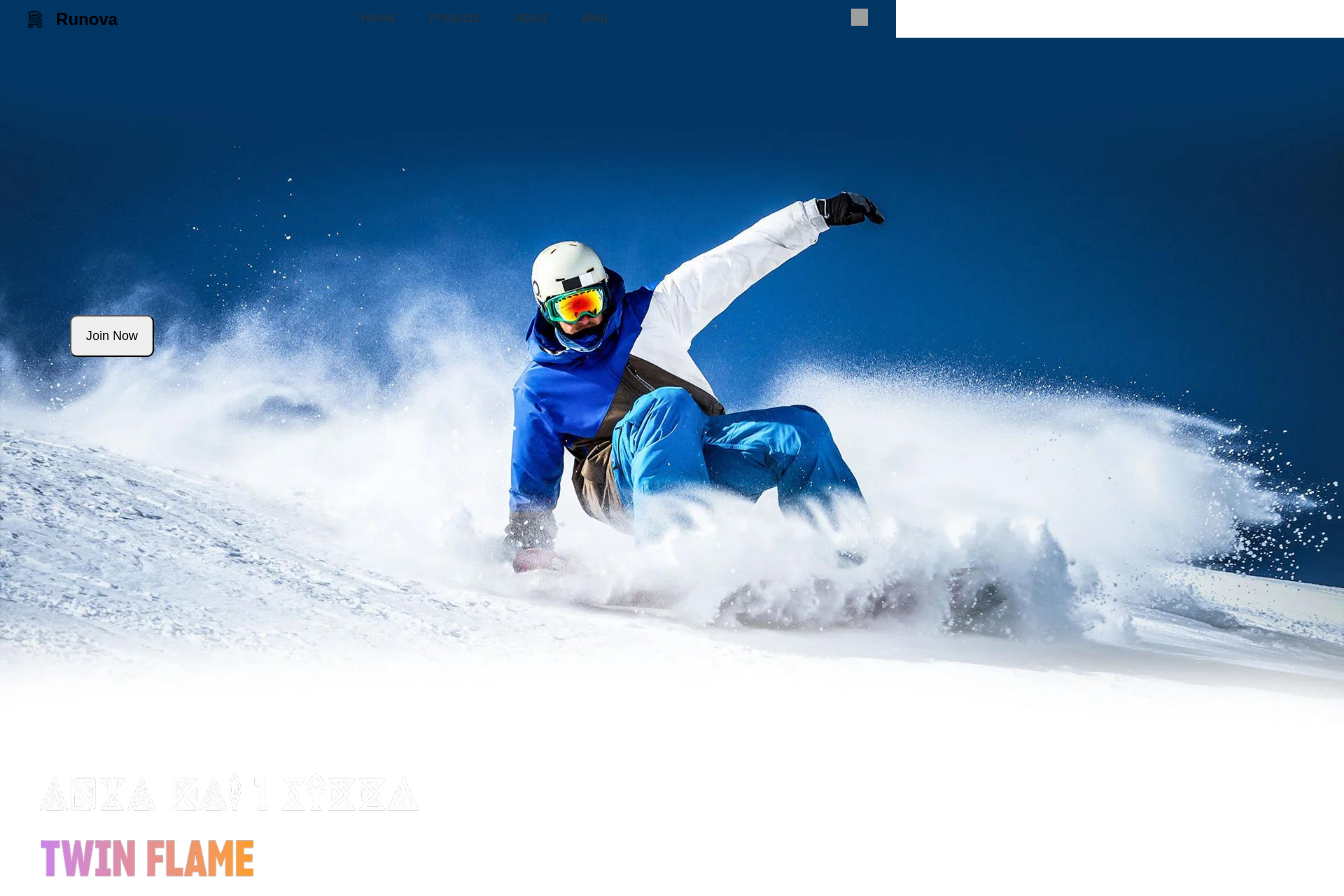
Repository: bluemoonsunshine/E-commerce-Website-Runova
Page: index.html
An editor plug-in stored every save of this project. The page is shown before and after the next save, followed by the edit.
The browser window is 1280 px wide. The page is 1920 px wide, so the pictures cover 1920 px, including what lies to the right of the window. The pictures show the part of the page from y = 0 to 1280 px (the page is 3023 px tall), at 70% of full size.
Pictures or frames that could not be fetched are drawn as grey boxes. Some web fonts or font styles are not loaded; a fallback is used.

Above is the page before, as saved 2024-09-25 19:51:53.

### index.html
<!DOCTYPE html>
<html lang="en">
  <head>
    <meta charset="UTF-8" />
    <meta name="viewport" content="width=device-width, initial-scale=1.0" />
    <title>Runova</title>
    <link rel="preconnect" href="https://fonts.googleapis.com" />
    <link rel="preconnect" href="https://fonts.gstatic.com" crossorigin />
    <link
      href="https://fonts.googleapis.com/css2?family=Anybody:ital,wght@0,700;1,700&display=swap"
      rel="stylesheet"
    />
    <link
      rel="stylesheet"
      href="https://fonts.googleapis.com/css2?family=Material+Symbols+Outlined:opsz,wght,FILL,GRAD@20..48,100..700,0..1,-50..200"
    />
    <link rel="preconnect" href="https://fonts.googleapis.com">
<link rel="preconnect" href="https://fonts.gstatic.com" crossorigin>
<link href="https://fonts.googleapis.com/css2?family=Bebas+Neue&display=swap" rel="stylesheet">
    <link rel="stylesheet" href="styles.css" />
  </head>

  <body>
    <nav class="navbar">
      <div class="logo-container">
        <img src="logo/RunovaLogo.png" alt="Runova Logo" />
        <span class="logo-text">Runova</span>
      </div>
      <ul>
        <li><a href="./home1.html">Home</a></li>
        <li><a href="#products">Products</a></li>
        <li><a href="#about">About</a></li>
        <li><a href="#blog">Blog</a></li>
      </ul>
      <a href="#cart"
        ><img src="logo/shopping_cart.png" id="cart-icon" alt="Cart"
      /></a>
    </nav>

    <div class="homepage">
        <img src="homepagebg.png" id="homepagebg">
        <h1></h1>
    </div>

    <div id="landingpage">
      <button id="btn1">Join Now</button>
      <img id="kai-title" src="title-feat.png" alt="title image" />
      <img id="feat1" src="bg-featured.webp" />
    </div>
    <div class="container">
    <h1>
        <span id="run">Run, over Moments.</span>
      </h1>
      <br />
      <video id="vid" poster="FeaturedVideo.webm" preload="metadata"  autoplay muted loop>
        <source src="./FeaturedVideo.webm" type="video/mp4" />
      </video>
    </div>

    <div class="features">
      <div class="feature">
        <img src="logo/shipping.png" alt="" class="featureIcon" />
        <span class="featureTitle">FREE SHIPPING</span>
        <span class="featureDesc">Free worldwide shipping on all orders.</span>
      </div>
      <div class="feature">
        <img class="featureIcon" src="logo/return.png" alt="" />
        <span class="featureTitle">30 DAYS RETURN</span>
        <span class="featureDesc"
          >No question return and easy refund in 14 days.</span
        >
      </div>
      <div class="feature">
        <img class="featureIcon" src="logo/gift.png" alt="" />
        <span class="featureTitle">GIFT CARDS</span>
        <span class="featureDesc"
          >Buy gift cards and use coupon codes easily.</span
        >
      </div>
      <div class="feature">
        <img class="featureIcon" src="./logo/contact.png" alt="" />
        <span class="featureTitle">CONTACT US!</span>
        <span class="featureDesc"
          >Keep in touch via email and support system.</span
        >
      </div>
    </div>




    <div id="products" class="product-section">
      <h2 class="section-title">Our Products</h2>
      <div class="product-grid">
      </div>
      <a href="all-products-page-link" class="view-all-btn">View All Products</a>
    </div>




    <script src="app.js"></script>
  </body>
</html>

### styles.css
*{
    margin: 0;
    padding: 0;
    box-sizing: border-box;
}

body {
    font-family: Anybody, sans-serif;
    min-height: 200vh;
    background-color: rgba(255, 255, 255, 0.5);
}

.navbar {
    position: sticky;
    top: 0;
    display: flex;
    align-items: center;
    justify-content: space-between;
    background-color: #013564;
    padding: 10px 30px;
    z-index: 1000;
    transition: background 0.3s, padding 0.3s, box-shadow 0.3s, border-radius 0.3s;
}

.navbar ul {
    list-style: none;
    display: flex;
    justify-content: center;
    gap: 50px;
    margin: 0 auto;
    padding: 0;
    font-size: 18px;
    text-decoration: none;
    color: #ffffff;
  }

.logo-text{
  margin-top: 3px;
}
.navbar ul li a {
    text-decoration: none;
    color: #333;
    transition: color 0.3s;
}

.navbar  ul li a:hover {
    color: #24ec3f;
    cursor: pointer;
}

.navbar .logo-container {
    display: flex;
    align-items: center;
}

.navbar img {
    width: 40px;
    margin-right: 10px;
}

#cart-icon{
    width: 25px;
    height: 25px;
    transition: color 0.3s;
}
#cart-icon:hover {
    transform: scale(1.1);
}

.navbar .logo-text {
    font-size: 24px;
    font-weight: bold;
    color: #000000;
}

.scrolled {
    background-color: rgba(204, 211, 204, 0.801);
    backdrop-filter: blur(10px);
    padding: 20px 40px;
    border-radius: 25px;
    box-shadow: 0 4px 6px rgba(0, 0, 0, 0.1);
}

.scrolled-logo {
    color: #b8eeff;
}

#btn1{
    position: absolute;
  top: 450px;
  left: 100px;
  height:60px;
  width: 120px;
  outline:none;
  font-size: 18px;
  border-radius:10px;
  z-index: 1;
}
/*
h1 {
  font-size: 200px;
  font-family: "Bebas Neue", sans-serif;
  font-weight: 400;
  font-style: normal;
  position: relative;
  z-index: 1;
  text-align: center;
}
#run:hover {
  color: #24ec3f;
}*/

h1 {
    font-family: "Bebas Neue", sans-serif;
    text-align: center;
    font-size: 180px;
    margin-top: 15px;
    padding-left: 0px;
    position: relative;
    z-index: 1;
}
#run:hover {
color: #24ec3f;
}

.vid{

}

.products{
    width: 200px;
    height: 200px;
    color:darkgray;
}

.products {
    display: grid;
    grid-template-columns: repeat(3, 1fr); /* Creates 3 columns */
    gap: 20px; /* Space between items */
    padding: 20px;
    max-width: 1000px; /* Controls the max width of the grid */
    margin: 0 auto;
}

.items {
    background-color: none;
    border-radius: 15px;
    padding: 20px;
    box-shadow: 0 4px 6px rgba(0, 0, 0, 0.1);
    text-align: right;
    height: 200px;
    width: 200px; /* Ensure the div has a consistent size */
    display: flex;
    align-items: flex-end;
    justify-content: end;
    overflow: hidden;
}
.items a{
    text-decoration: none;
    color: black;
}
.items img{
    max-width: 100%;
    max-height: 100%;
    border-radius: 10px;
}

.items:hover{
    transform: scale(1.1);
}
#feat1{
max-height: 100vh;
max-width: 100%;
}

#bgcolorimg{
    background-color:#24ec3f;
}

.features{
    display: flex;
    align-items: center;
    justify-content: space-between;
    margin-top: 250px;
    padding: 50px;
}

.feature{
    display:flex;
    flex-direction: column;
    align-items: center;
    text-align: center;
}

.featureIcon{
    width: 50px;
    height: 50px;

}
.featureTitle{
    font-size: 20px;
    margin: 5px;
}
.featureDesc {
  color: gray;
  width: 50%;
  height: 100px;
  font-family: 'Franklin Gothic Medium', 'Arial Narrow', Arial, sans-serif;
}

### app.js
window.addEventListener("scroll", function() {
    const navbar = document.querySelector(".navbar");
    const logoText = document.querySelector(".logo-text");

    if (window.scrollY > 50) {
        navbar.classList.add("scrolled");
        logoText.classList.add("scrolled-logo");
    } else {
        navbar.classList.remove("scrolled");
        logoText.classList.remove("scrolled-logo");
    }
});

After the next save:
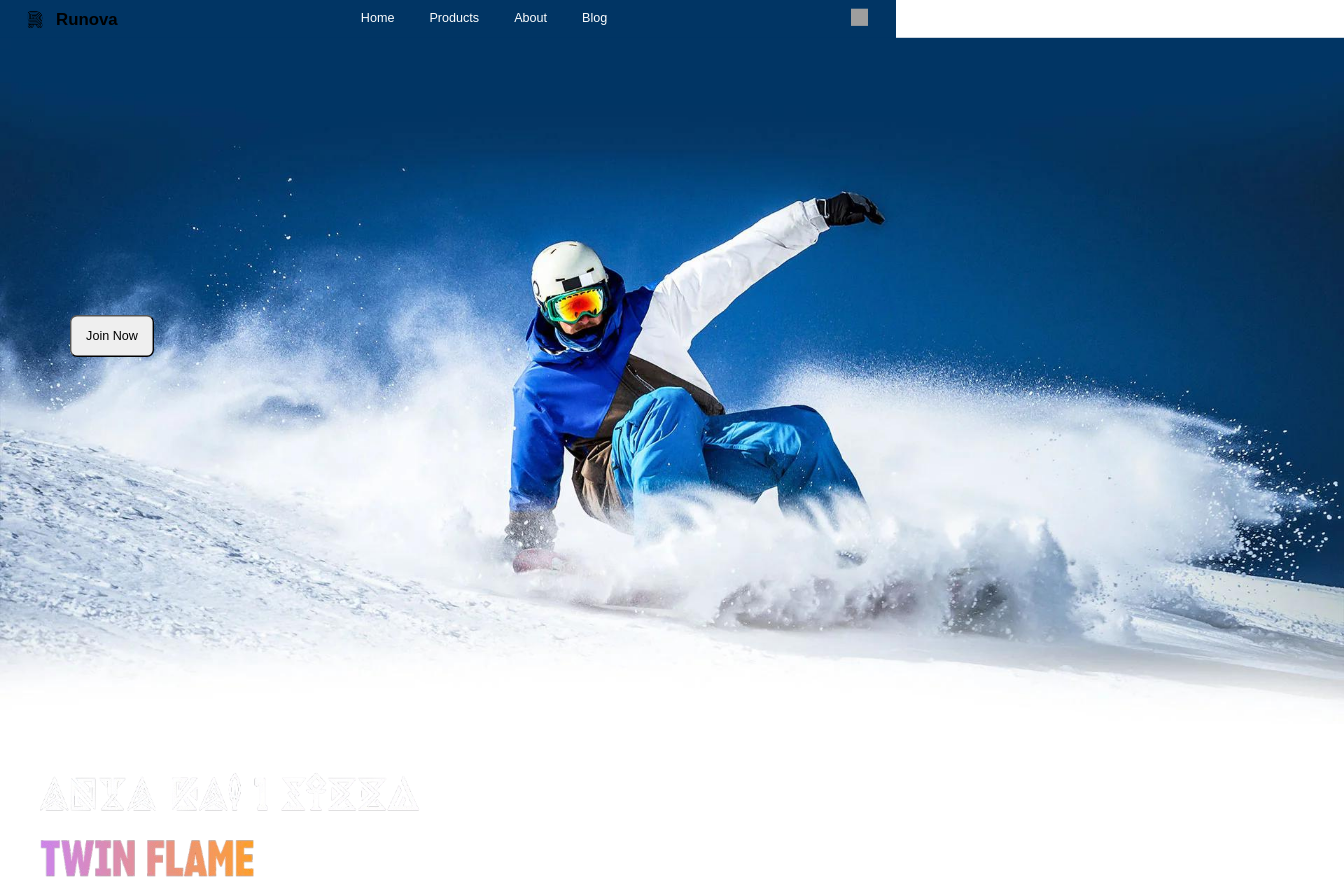
Saved 22 min 41 s later.
--- a/app.js
+++ b/app.js
@@ -10,3 +10,27 @@ window.addEventListener("scroll", function() {
         logoText.classList.remove("scrolled-logo");
     }
 });
+
+window.addEventListener("scroll", function () {
+    const navbar = document.querySelector(".navbar");
+    const logoText = document.querySelector(".logo-text");
+    const links = document.querySelectorAll(".navbar ul li a");
+
+    if (window.scrollY > 50) {
+        navbar.classList.add("scrolled");
+        logoText.classList.add("scrolled-logo");
+        links.forEach(link => link.style.color = '#000'); // Change to black
+    } else {
+        navbar.classList.remove("scrolled");
+        logoText.classList.remove("scrolled-logo");
+        links.forEach(link => link.style.color = '#fff'); // Change to white
+    }
+});
+
+/* Add-to-cart popup functionality */
+document.querySelectorAll('.add-to-cart').forEach(button => {
+    button.addEventListener('click', function () {
+        const cart = document.getElementById('cart');
+        cart.classList.toggle('show');
+    });
+});
